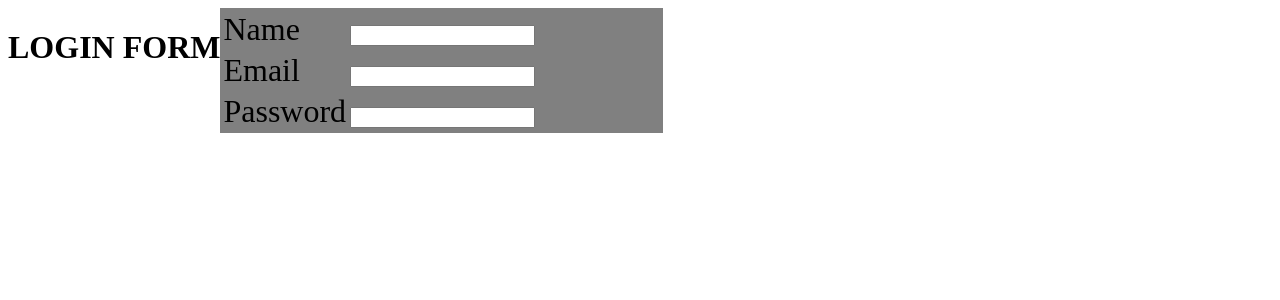
Repository: obusakthi539/Loginform
Page: Login.html
An editor plug-in stored every save of this project. The page is shown before and after a run of saves, followed by the edit.
The browser window is 1280 px wide. The pictures show the whole page.

Above is the page before, as saved 2025-01-10 17:58:08.

After the next 2 saves:
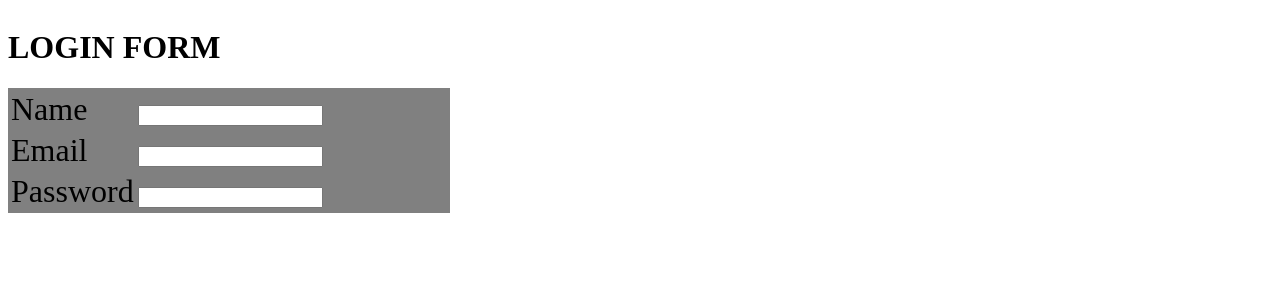
The 2 saves are shown as one change because they came seconds apart.
The last was saved 8 s later.
--- a/Login.html
+++ b/Login.html
@@ -7,7 +7,7 @@
     <style>
         body{
              display: flex;
-             flex-direction:;column-gap: ;
+             flex-direction:column;
         }
         .a{
             background-color:gray;
